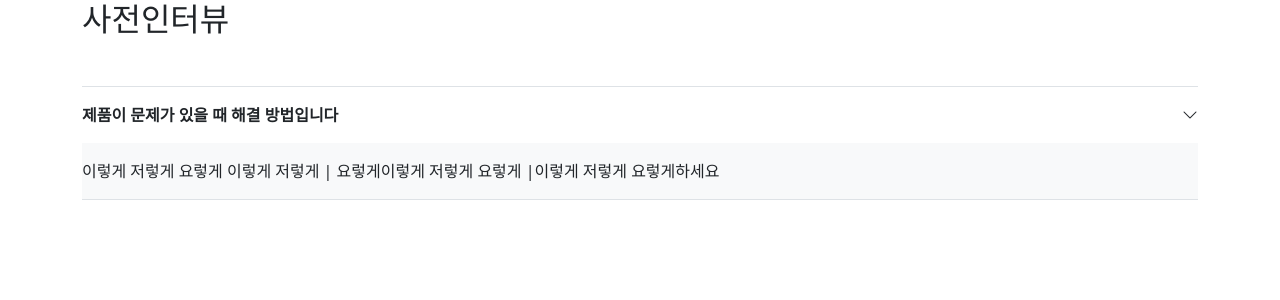
Repository: shin-eekk/js_study
Page: faq.html
The author's editor kept a copy of each file at every save. The page is drawn from the files as they stood at one save, then again after a run of saves.
The browser window is 1280 px wide. The pictures show the whole page.
The style sheet was rebuilt from its Sass, Less or Tailwind sources for each picture, by a compiler version that may differ from the author's.

Above is the page before, as saved 2025-03-12 10:48:17.

### faq.html
<!DOCTYPE html>
<html lang="en">
<head>
    <meta charset="UTF-8">
    <meta name="viewport" content="width=device-width, initial-scale=1.0">
    <title>Document</title>
    <link rel="stylesheet" href="https://cdn.jsdelivr.net/npm/reset-css@5.0.2/reset.min.css">
    <link href="https://cdn.jsdelivr.net/npm/bootstrap@5.3.3/dist/css/bootstrap.min.css" rel="stylesheet" integrity="sha384-QWTKZyjpPEjISv5WaRU9OFeRpok6YctnYmDr5pNlyT2bRjXh0JMhjY6hW+ALEwIH" crossorigin="anonymous">
    <link rel="stylesheet" href="https://cdn.jsdelivr.net/npm/bootstrap-icons@1.11.3/font/bootstrap-icons.min.css">
    <link rel="stylesheet" href="./scss/faq.min.css">
    <script src="./js/faq.js"></script>
</head>
<body>
    <section id="faq" class="section">
        <div class="container d-flex gap-5 flex-column justify-content-center">
            <h2>사전인터뷰</h2>
            <dl>
                <!-- <dt class="border-top py-3 d-flex justify-content-between">
                    <strong>타이틀</strong>
                    <i class="bi bi-chevron-down"></i>
                </dt>
                <dd class="border-bottom py-3 bg-light">내용</dd> -->
            </dl>

        </div>
    </section>
</body>
</html>

### js/faq.js
window.addEventListener("DOMContentLoaded",()=>{
    const faq = [
        {
        dt: "제품이 문제가 있을 때 해결 방법입니다",
        dd: "이렇게 저렇게 요렇게 이렇게 저렇게 | 요렇게이렇게 저렇게 요렇게 |이렇게 저렇게 요렇게하세요"
        },
        {
        dt: "배송에 문제가 생겼어요",
        dd: "이렇게 저렇게 요렇게 이렇게 저렇게 | 요렇게이렇게 저렇게 요렇게 |이렇게 저렇게 요렇게하세요"
        },
        {
        dt: "제품을 교환/환불하고 싶어요",
        dd: "이렇게 저렇게 요렇게 이렇게 저렇게 | 요렇게이렇게 저렇게 요렇게 |이렇게 저렇게 요렇게하세요"
        },
        {
        dt: "제품이 문제가 있을 때 해결 방법입니다",
        dd: "이렇게 저렇게 요렇게 이렇게 저렇게 | 요렇게이렇게 저렇게 요렇게 |이렇게 저렇게 요렇게하세요"
        },
        {
        dt: "제품이 문제가 있을 때 해결 방법입니다",
        dd: "이렇게 저렇게 요렇게 이렇게 저렇게 | 요렇게이렇게 저렇게 요렇게 |이렇게 저렇게 요렇게하세요"
        },
    ]

    const faqdom = document.querySelector("#faq dl");  //정적개체는 위치 자유

    let faqtag = `<dt class="border-top py-3 d-flex justify-content-between">
                    <strong>${faq[0].dt}</strong>
                    <i class="bi bi-chevron-down"></i>
                </dt>
                <dd class="border-bottom py-3 bg-light">${faq[0]["dd"]}</dd>`;

    faqdom.innerHTML = faqtag;
    //출력완료
})

### scss/faq.scss
p, ul, li, dl, dt, dd, h1, h2, h3{
    margin: 0;
    padding: 0;
}

After the next 6 saves:
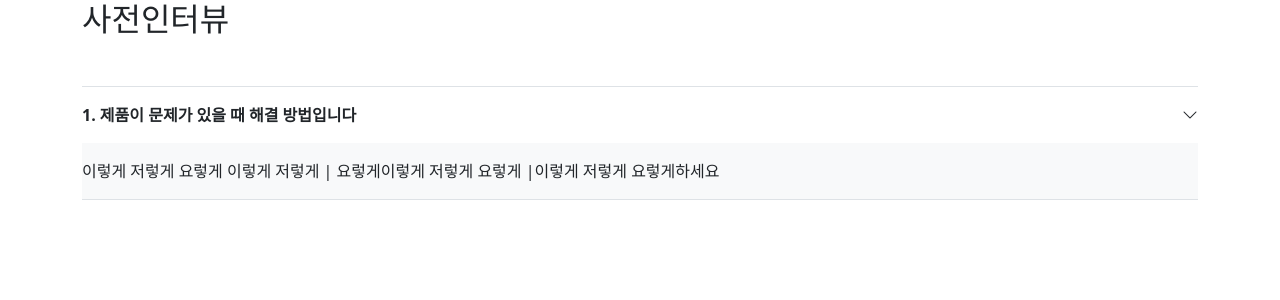
The 6 saves are shown as one change because they came seconds apart.
The last was saved 20 s later.
--- a/js/faq.js
+++ b/js/faq.js
@@ -1,23 +1,23 @@
 window.addEventListener("DOMContentLoaded",()=>{
     const faq = [
         {
-        dt: "제품이 문제가 있을 때 해결 방법입니다",
+        dt: "1. 제품이 문제가 있을 때 해결 방법입니다",
         dd: "이렇게 저렇게 요렇게 이렇게 저렇게 | 요렇게이렇게 저렇게 요렇게 |이렇게 저렇게 요렇게하세요"
         },
         {
-        dt: "배송에 문제가 생겼어요",
+        dt: "2. 배송에 문제가 생겼어요",
         dd: "이렇게 저렇게 요렇게 이렇게 저렇게 | 요렇게이렇게 저렇게 요렇게 |이렇게 저렇게 요렇게하세요"
         },
         {
-        dt: "제품을 교환/환불하고 싶어요",
+        dt: "3. 제품을 교환/환불하고 싶어요",
         dd: "이렇게 저렇게 요렇게 이렇게 저렇게 | 요렇게이렇게 저렇게 요렇게 |이렇게 저렇게 요렇게하세요"
         },
         {
-        dt: "제품이 문제가 있을 때 해결 방법입니다",
+        dt: "4. 제품이 문제가 있을 때 해결 방법입니다",
         dd: "이렇게 저렇게 요렇게 이렇게 저렇게 | 요렇게이렇게 저렇게 요렇게 |이렇게 저렇게 요렇게하세요"
         },
         {
-        dt: "제품이 문제가 있을 때 해결 방법입니다",
+        dt: "5. 제품이 문제가 있을 때 해결 방법입니다",
         dd: "이렇게 저렇게 요렇게 이렇게 저렇게 | 요렇게이렇게 저렇게 요렇게 |이렇게 저렇게 요렇게하세요"
         },
     ]
